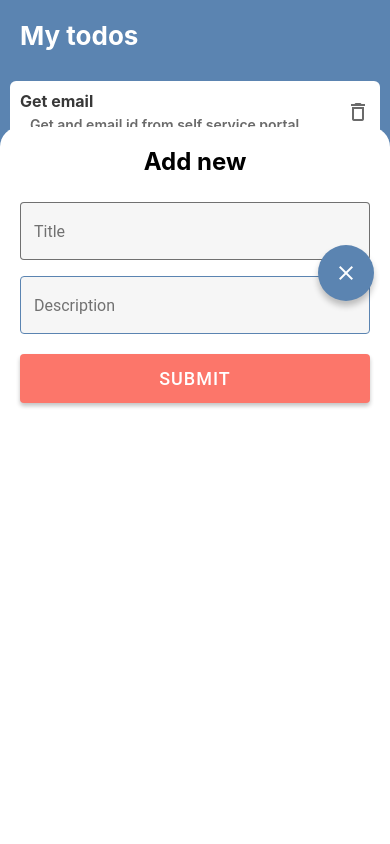
Repository: sadarsh216/Todo-App
Page: /, after clicking the first element matching `button.css-view-175oi2r`
These files come from the project's save history. The page is drawn as it stood at one moment and after the next save; the edit follows.
The browser window is 390 px wide. The pictures show the whole page.
The app was drawn by React Native's web renderer in a window 390 px wide. The project was rebuilt for these pictures with package versions that can differ from the ones it lists, and the page was loaded fresh each time.

Above is the page before, as saved 2021-10-09 15:03:29.

After the next save:
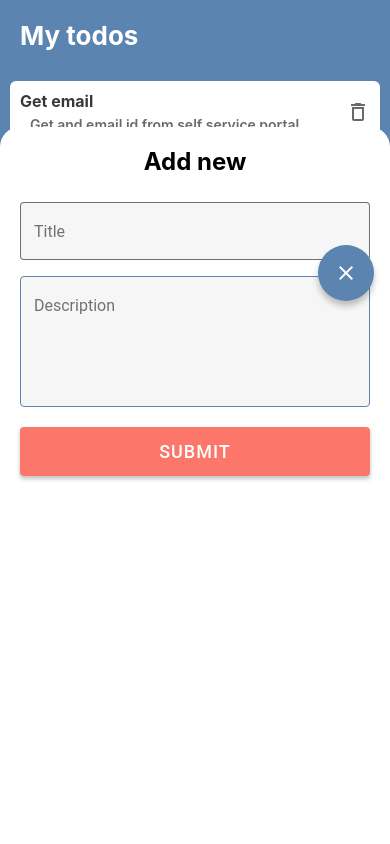
Saved 16 s later.
--- a/components/Modal.tsx
+++ b/components/Modal.tsx
@@ -32,6 +32,7 @@ export default function Modal() {
               onChangeText={props.handleChange("title")}
               value={props.values.title}
               mode="outlined"
+              multiline={true}
               numberOfLines={5}
             />
             <Button style={styles.submitBtn} color="white">
